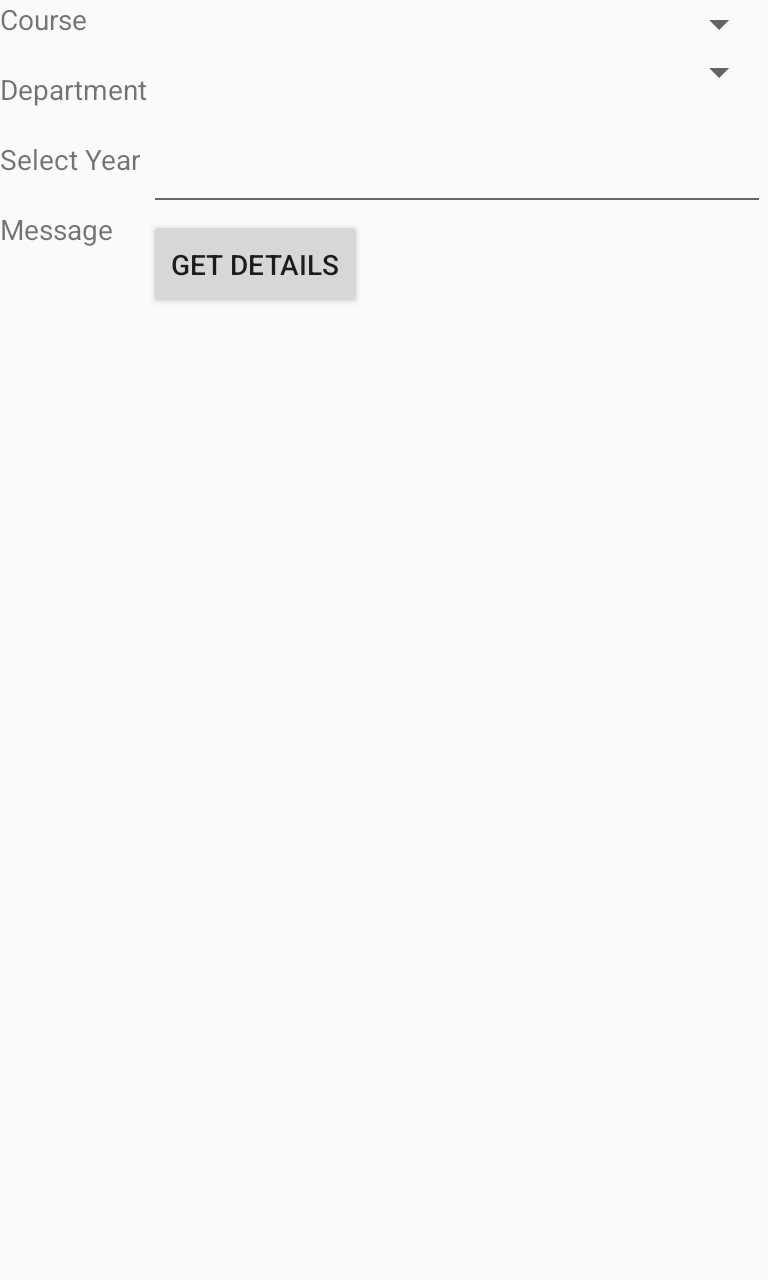
Repository: Prasannakumarb/CollegeMate
Layout: CollegeMate/CollegeMate/res/layout/activity_notification_home_screen.xml
These files come from the project's save history. The layout is drawn as it stood at one moment and after the next save; the edit follows.
It is drawn on a 768 x 1280 px phone screen (xhdpi) without system bars, with theme AppTheme; the app's code is not run.

Above is the layout before, as saved 2014-06-28 20:58:53.

After the next save:
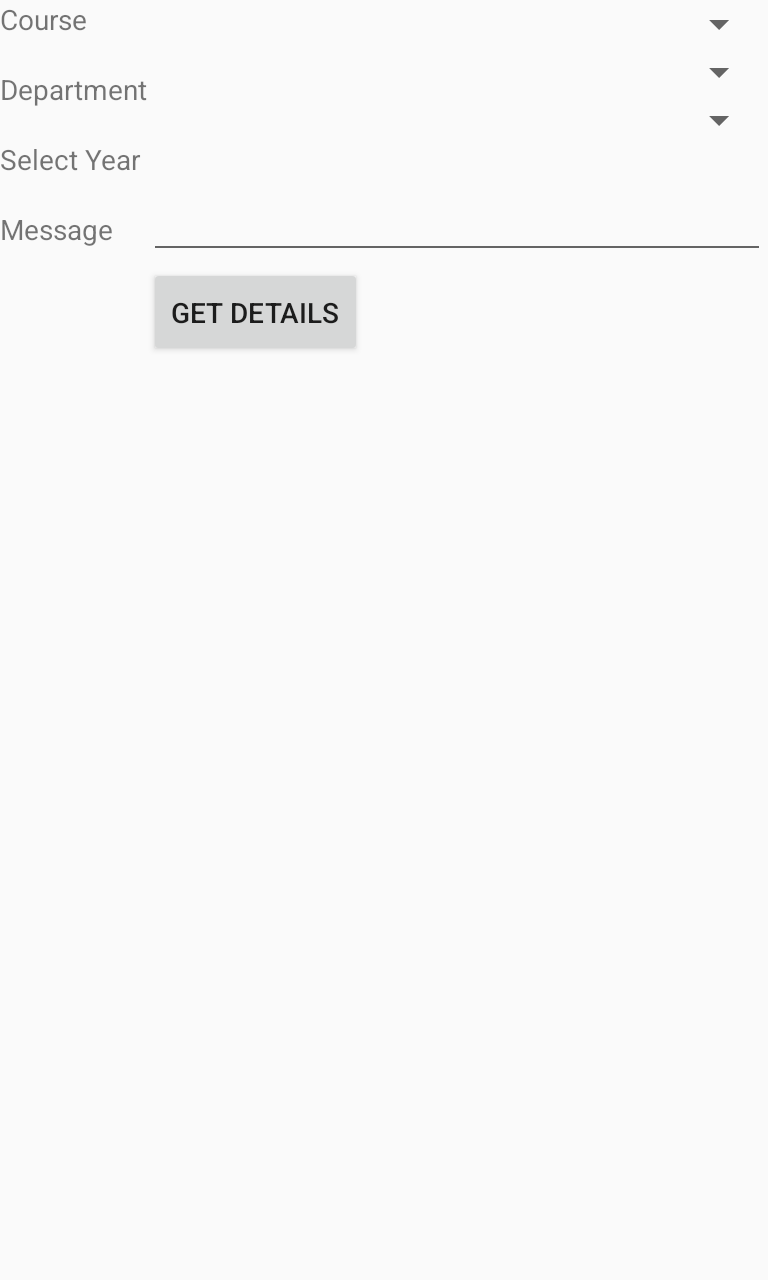
Saved 10 min 26 s later.
--- a/CollegeMate/CollegeMate/res/layout/activity_notification_home_screen.xml
+++ b/CollegeMate/CollegeMate/res/layout/activity_notification_home_screen.xml
@@ -15,8 +15,6 @@
             android:layout_height="match_parent"
             android:orientation="vertical" >
 
-
-
             <TextView
                 android:id="@+id/email"
                 android:layout_width="wrap_content"
@@ -28,7 +26,8 @@
                 android:layout_width="wrap_content"
                 android:layout_height="35dp"
                 android:text="@string/dept" />
-                        <TextView
+
+            <TextView
                 android:id="@+id/DOB"
                 android:layout_width="wrap_content"
                 android:layout_height="35dp"
@@ -39,12 +38,6 @@
                 android:layout_width="wrap_content"
                 android:layout_height="35dp"
                 android:text="@string/notificationmsg" />
-
-
-
-
-
-
         </LinearLayout>
 
         <LinearLayout
@@ -53,16 +46,21 @@
             android:layout_weight="0.46"
             android:orientation="vertical" >
 
+            <Spinner
+                android:id="@+id/spincourse"
+                android:layout_width="fill_parent"
+                android:layout_height="wrap_content" />
 
-              <Spinner android:id="@+id/spincourse"
-        android:layout_width="fill_parent"
-        android:layout_height="wrap_content"/>
-
-            <Spinner android:id="@+id/spindepart"
-        android:layout_width="fill_parent"
-        android:layout_height="wrap_content"/>
+            <Spinner
+                android:id="@+id/spindepart"
+                android:layout_width="fill_parent"
+                android:layout_height="wrap_content" />
 
 
+            <Spinner
+                android:id="@+id/spinyear"
+                android:layout_width="fill_parent"
+                android:layout_height="wrap_content" />
 
             <EditText
                 android:id="@+id/editText_doj"
@@ -71,15 +69,12 @@
                 android:inputType="text" >
             </EditText>
 
-
-
             <Button
                 android:id="@+id/Registeradmin"
                 android:layout_width="wrap_content"
                 android:layout_height="wrap_content"
                 android:onClick="Getdetails"
                 android:text="Get Details" />
-
         </LinearLayout>
     </LinearLayout>
 
